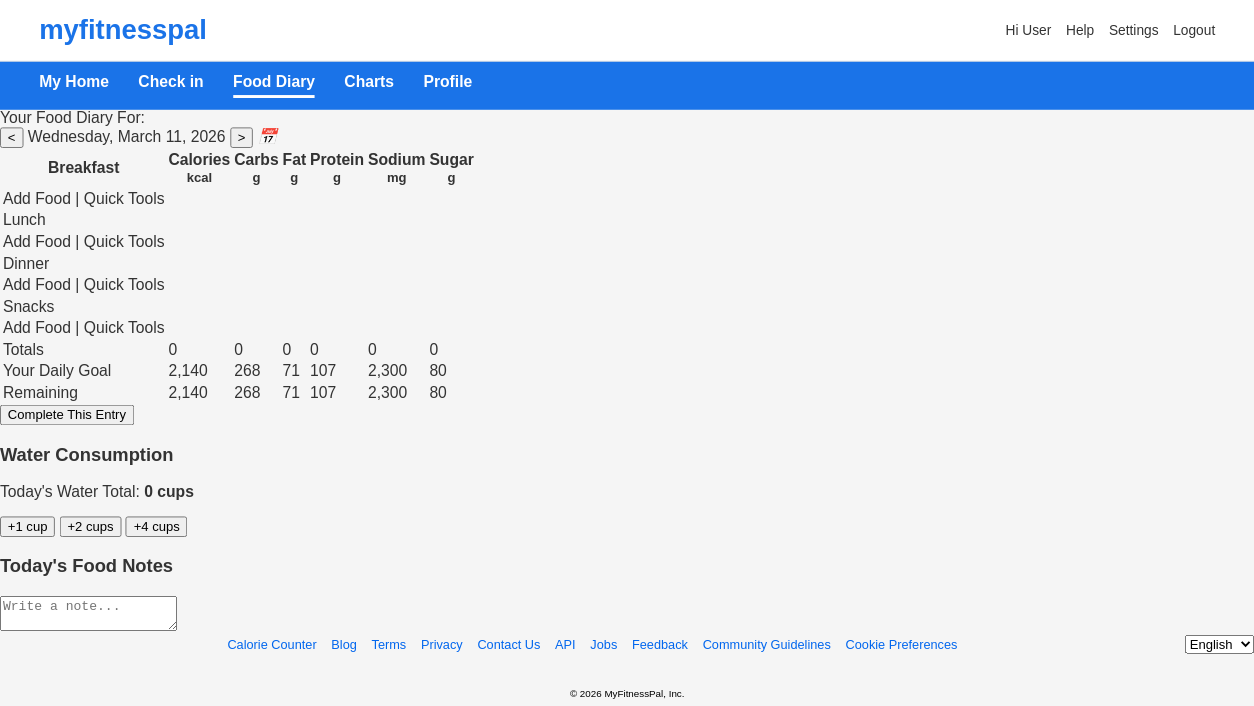
Repository: kem85/Web-Project
Page: Food-Diary.html
These files come from the project's save history. The page is drawn as it stood at one moment and after the next save; the edit follows.
The browser window is 1280 px wide. The pictures show the whole page, at 98% of full size.

Above is the page before, as saved 2026-03-11 15:07:16.

### Food-Diary.html
<!doctype html>
<html lang="en">
  <head>
    <meta charset="UTF-8" />
    <title>Fitness Tracker VY</title>

    <link rel="stylesheet" href="style.css" />
  </head>

  <body>
    <!-- HEADER -->

    <header class="header">
      <div class="logo">
        <h1><a href="index.html">myfitnesspal</a></h1>
      </div>

      <div class="user-section">
        <span>Hi <span id="username">User</span></span>

        <a href="#">Help</a>
        <a href="#">Settings</a>
        <a href="#">Logout</a>
      </div>
    </header>

    <!-- NAVBAR -->

    <nav class="navbar">
      <ul>
        <li><a href="index.html">My Home</a></li>
        <li><a href="Check-In.html">Check in</a></li>
        <li class="active"><a href="Food-Diary.html">Food Diary</a></li>
        <li>Charts</li>
        <li>Profile</li>
      </ul>
    </nav>

    <main class="diary-container">
      <header class="diary-header">
        <span>Your Food Diary For:</span>
        <div class="date-controls">
          <button>&lt;</button>
          <span class="current-date">Wednesday, March 11, 2026</span>
          <button>&gt;</button>
          <i class="calendar-icon">📅</i>
        </div>
      </header>

      <table class="dashboard">
        <thead>
          <tr>
            <th class="meal-col">Breakfast</th>
            <th>
              Calories <br />
              <small>kcal</small>
            </th>
            <th>
              Carbs <br />
              <small>g</small>
            </th>
            <th>
              Fat <br />
              <small>g</small>
            </th>
            <th>
              Protein <br />
              <small>g</small>
            </th>
            <th>
              Sodium <br />
              <small>mg</small>
            </th>
            <th>
              Sugar <br />
              <small>g</small>
            </th>
          </tr>
        </thead>

        <tbody>
          <tr class="action-row">
            <td><a href="#">Add Food</a> | <a href="#">Quick Tools</a></td>
            <td></td>
            <td></td>
            <td></td>
            <td></td>
            <td></td>
            <td></td>
          </tr>

          <tr class="section-header">
            <td colspan="7">Lunch</td>
          </tr>
          <tr class="action-row">
            <td><a href="#">Add Food</a> | <a href="#">Quick Tools</a></td>
            <td></td>
            <td></td>
            <td></td>
            <td></td>
            <td></td>
            <td></td>
          </tr>

          <tr class="section-header">
            <td colspan="7">Dinner</td>
          </tr>
          <tr class="action-row">
            <td><a href="#">Add Food</a> | <a href="#">Quick Tools</a></td>
            <td></td>
            <td></td>
            <td></td>
            <td></td>
            <td></td>
            <td></td>
          </tr>

          <tr class="section-header">
            <td colspan="7">Snacks</td>
          </tr>
          <tr class="action-row">
            <td><a href="#">Add Food</a> | <a href="#">Quick Tools</a></td>
            <td></td>
            <td></td>
            <td></td>
            <td></td>
            <td></td>
            <td></td>
          </tr>
        </tbody>

        <tfoot>
          <tr class="totals-row">
            <td class="label">Totals</td>
            <td>0</td>
            <td>0</td>
            <td>0</td>
            <td>0</td>
            <td>0</td>
            <td>0</td>
          </tr>
          <tr class="goal-row">
            <td class="label">Your Daily Goal</td>
            <td>2,140</td>
            <td>268</td>
            <td>71</td>
            <td>107</td>
            <td>2,300</td>
            <td>80</td>
          </tr>
          <tr class="remaining-row">
            <td class="label">Remaining</td>
            <td class="positive">2,140</td>
            <td class="positive">268</td>
            <td class="positive">71</td>
            <td class="positive">107</td>
            <td class="positive">2,300</td>
            <td class="positive">80</td>
          </tr>
        </tfoot>
      </table>

      <div class="complete-entry">
        <button class="btn-complete">Complete This Entry</button>
      </div>

      <section class="diary-widgets">
        <div class="water-consumption">
          <h3>Water Consumption</h3>
          <p>Today's Water Total: <strong>0 cups</strong></p>
          <div class="water-graphic"></div>
          <div class="quick-add">
            <button>+1 cup</button> <button>+2 cups</button>
            <button>+4 cups</button>
          </div>
        </div>

        <div class="food-notes">
          <h3>Today's Food Notes</h3>
          <textarea placeholder="Write a note..."></textarea>
        </div>
      </section>
    </main>

    <script src="script.js"></script>

    <footer class="main-footer">
      <div class="footer-container">
        <nav class="footer-links">
          <a href="#">Calorie Counter</a>
          <a href="#">Blog</a>
          <a href="#">Terms</a>
          <a href="#">Privacy</a>
          <a href="#">Contact Us</a>
          <a href="#">API</a>
          <a href="#">Jobs</a>
          <a href="#">Feedback</a>
          <a href="#">Community Guidelines</a>
          <a href="#">Cookie Preferences</a>
        </nav>

        <div class="footer-lang">
          <select>
            <option>English</option>
            <option>Español</option>
          </select>
        </div>
      </div>
      <div class="footer-copyright">© 2026 MyFitnessPal, Inc.</div>
    </footer>
  </body>
</html>

### style.css
/* =======================
   GENERAL STYLES
======================= */

body{
font-family: Arial, sans-serif;
margin:0;
background:#f5f5f5;
color:#333;
}

a{
text-decoration:none;
color:inherit;
}



/* =======================
   HEADER
======================= */

.header{
display:flex;
justify-content:space-between;
align-items:center;
padding:15px 40px;
background:white;
border-bottom:1px solid #ddd;
}

.logo h1{
color:#1a73e8;
margin:0;
font-size:28px;
}

.logo a{
text-decoration:none;
color:#1a73e8;
cursor:pointer;
}

.logo a:hover{
opacity:0.8;
}

.user-section{
display:flex;
align-items:center;
gap:15px;
font-size:14px;
}



/* =======================
   NAVBAR
======================= */

.navbar{
background:#1a73e8;
padding:12px 40px;
}

.navbar ul{
display:flex;
gap:30px;
list-style:none;
margin:0;
padding:0;
}

.navbar li{
color:white;
font-weight:bold;
cursor:pointer;
}

.navbar li:hover{
opacity:0.8;
}


/* navbar links */

.navbar a{
color:white;
text-decoration:none;
}

/* hover effect */

.navbar li:hover{
opacity:0.8;
cursor:pointer;
}

/* active page */

.navbar .active{
border-bottom:3px solid white;
padding-bottom:4px;
}


/* =======================
   PAGE TITLE
======================= */



.user-img{
width:50px;
height:50px;
border-radius:50%;
}




/*Footer*/
.main-footer {
    height:100%;
    width: 100%;
}
.footer-container {
    display: flex;
    align-items: center;
    width: 100%;
}

.footer-links {
    flex: 1;
    display: flex;
    flex-wrap: wrap;
    justify-content: center;
    gap: 15px;

}

.footer-links a {
    color: #0066ee;
    text-decoration: none;
    font-size: 13px;
}

.footer-links a:hover {
    opacity: 0.8;
}
.footer-copyright {
    text-align: center;
    color: black;
    font-size: 10px;
    margin-top: 35px;
}
.footer-lang {
    margin-left: auto;
}

Loaded but not shown: index/script.js (no copy from this time; the picture is the same without it)

After the next save:
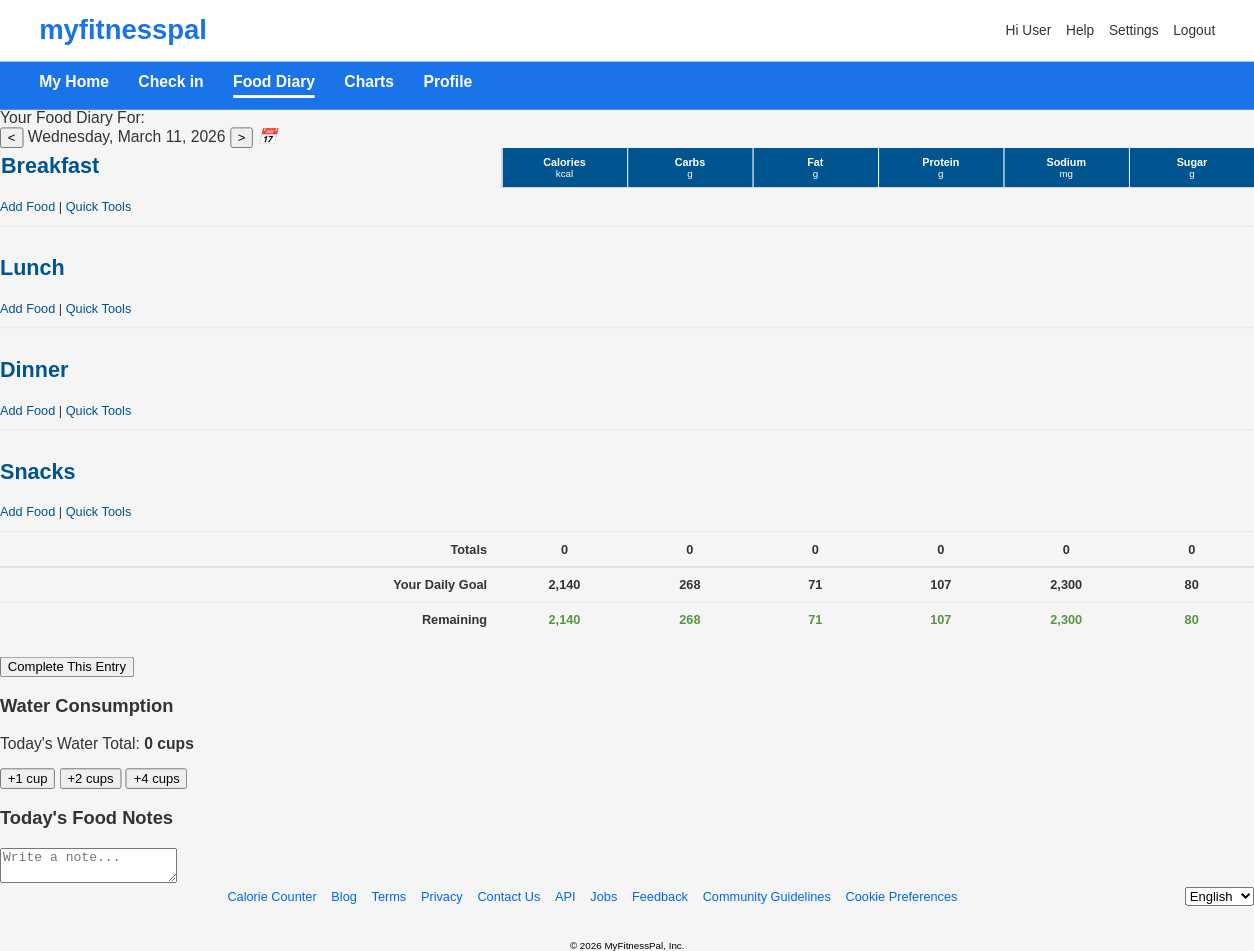
Saved 7 s later.
--- a/style.css
+++ b/style.css
@@ -116,7 +116,124 @@
 border-radius:50%;
 }
 
-
+/* =========================================
+   MAIN FOOD TABLE (.dashboard) - FIXED
+   ========================================= */
+.dashboard {
+  display: table !important; /* Forces table layout */
+  width: 100%;
+  border-collapse: collapse;
+  margin-bottom: 20px;
+}
+
+.dashboard thead { display: table-header-group !important; }
+.dashboard tbody { display: table-row-group !important; }
+.dashboard tfoot { display: table-footer-group !important; }
+.dashboard tr { display: table-row !important; }
+.dashboard th, .dashboard td { display: table-cell !important; }
+
+/* Enforce precise column widths */
+.dashboard th:first-child,
+.dashboard td:first-child {
+  width: 40%;       /* Makes the Meal column wide */
+  text-align: left;
+}
+
+.dashboard th:not(:first-child),
+.dashboard td:not(:first-child) {
+  width: 10%;       /* Distributes the 6 macro columns evenly */
+  text-align: center;
+}
+
+/* -----------------------------------------
+   Headers & Sections
+   ----------------------------------------- */
+/* Breakfast Header */
+.dashboard thead th.meal-col {
+  color: #00548f;
+  font-size: 22px;
+  font-weight: bold;
+  vertical-align: bottom;
+  padding-bottom: 8px;
+}
+
+/* Blue Macro Headers */
+.dashboard thead th:not(.meal-col) {
+  background-color: #00548f;
+  color: white;
+  font-size: 11px;
+  font-weight: bold;
+  padding: 8px 0;
+  border-left: 1px solid #fff; /* White line separation */
+  vertical-align: middle;
+}
+
+.dashboard thead th small {
+  font-weight: normal;
+  font-size: 10px;
+}
+
+/* Lunch, Dinner, Snacks Headers */
+.section-header td {
+  color: #00548f;
+  font-size: 22px;
+  font-weight: bold;
+  padding: 30px 0 8px 0;
+  border-bottom: none;
+}
+
+/* -----------------------------------------
+   Action Rows (Add Food | Quick Tools)
+   ----------------------------------------- */
+.action-row td {
+  padding: 12px 0;
+  border-bottom: 1px solid #eaeaea; /* Light gray line under each section */
+}
+
+.action-row td:first-child {
+  font-size: 13px;
+}
+
+.action-row a {
+  color: #00548f;
+  text-decoration: none;
+}
+
+.action-row a:hover {
+  text-decoration: underline;
+}
+
+/* -----------------------------------------
+   TABLE FOOTER (Totals & Goals)
+   ----------------------------------------- */
+.dashboard tfoot td {
+  padding: 10px 5px;
+  font-size: 13px;
+  font-weight: bold;
+}
+
+/* Right-align the labels (Totals, Your Daily Goal, Remaining) */
+.dashboard tfoot .label {
+  text-align: right;
+  padding-right: 15px;
+  color: #333;
+}
+
+/* Gray background for the Totals row */
+.totals-row td {
+  background-color: #f6f6f6;
+  border-top: 1px solid #ccc;
+  border-bottom: 1px solid #ccc;
+}
+
+.goal-row td {
+  border-bottom: 1px solid #eaeaea;
+}
+
+/* MFP Green text for Remaining values */
+.remaining-row .positive {
+  color: #589442;
+}
 
 
 /*Footer*/

After the save that followed:
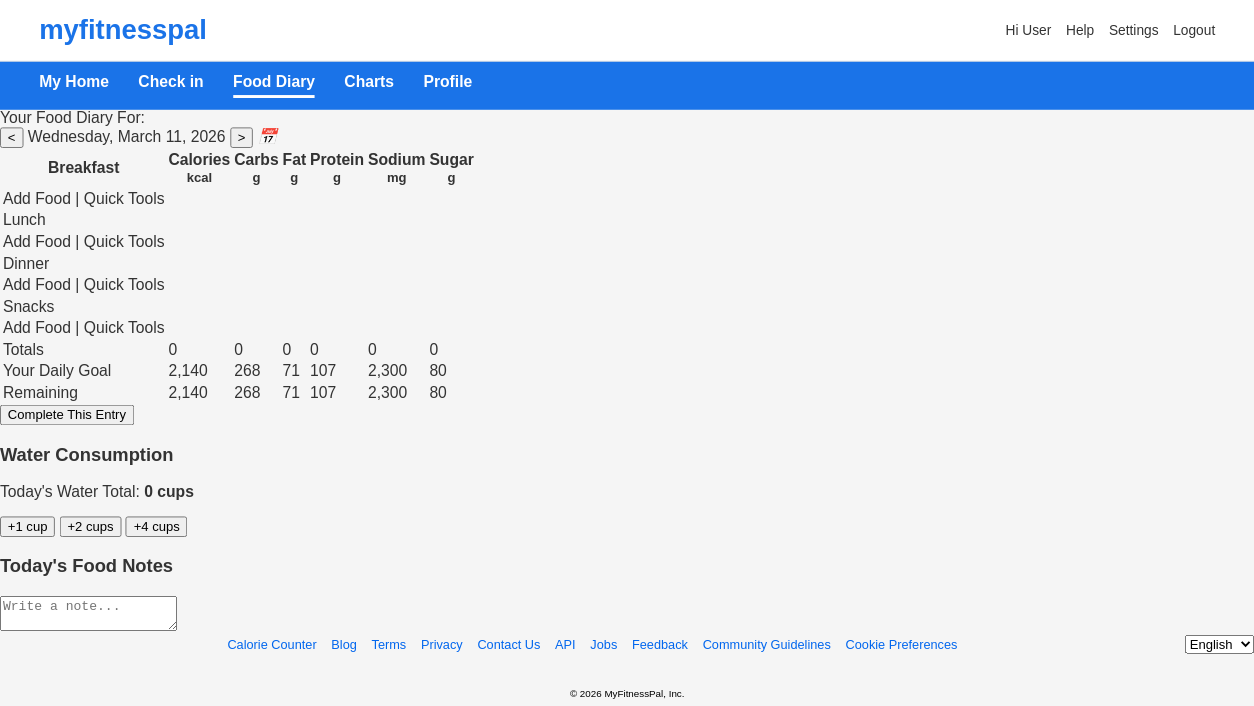
Saved 6 s later.
--- a/style.css
+++ b/style.css
@@ -116,124 +116,7 @@
 border-radius:50%;
 }
 
-/* =========================================
-   MAIN FOOD TABLE (.dashboard) - FIXED
-   ========================================= */
-.dashboard {
-  display: table !important; /* Forces table layout */
-  width: 100%;
-  border-collapse: collapse;
-  margin-bottom: 20px;
-}
 
-.dashboard thead { display: table-header-group !important; }
-.dashboard tbody { display: table-row-group !important; }
-.dashboard tfoot { display: table-footer-group !important; }
-.dashboard tr { display: table-row !important; }
-.dashboard th, .dashboard td { display: table-cell !important; }
-
-/* Enforce precise column widths */
-.dashboard th:first-child,
-.dashboard td:first-child {
-  width: 40%;       /* Makes the Meal column wide */
-  text-align: left;
-}
-
-.dashboard th:not(:first-child),
-.dashboard td:not(:first-child) {
-  width: 10%;       /* Distributes the 6 macro columns evenly */
-  text-align: center;
-}
-
-/* -----------------------------------------
-   Headers & Sections
-   ----------------------------------------- */
-/* Breakfast Header */
-.dashboard thead th.meal-col {
-  color: #00548f;
-  font-size: 22px;
-  font-weight: bold;
-  vertical-align: bottom;
-  padding-bottom: 8px;
-}
-
-/* Blue Macro Headers */
-.dashboard thead th:not(.meal-col) {
-  background-color: #00548f;
-  color: white;
-  font-size: 11px;
-  font-weight: bold;
-  padding: 8px 0;
-  border-left: 1px solid #fff; /* White line separation */
-  vertical-align: middle;
-}
-
-.dashboard thead th small {
-  font-weight: normal;
-  font-size: 10px;
-}
-
-/* Lunch, Dinner, Snacks Headers */
-.section-header td {
-  color: #00548f;
-  font-size: 22px;
-  font-weight: bold;
-  padding: 30px 0 8px 0;
-  border-bottom: none;
-}
-
-/* -----------------------------------------
-   Action Rows (Add Food | Quick Tools)
-   ----------------------------------------- */
-.action-row td {
-  padding: 12px 0;
-  border-bottom: 1px solid #eaeaea; /* Light gray line under each section */
-}
-
-.action-row td:first-child {
-  font-size: 13px;
-}
-
-.action-row a {
-  color: #00548f;
-  text-decoration: none;
-}
-
-.action-row a:hover {
-  text-decoration: underline;
-}
-
-/* -----------------------------------------
-   TABLE FOOTER (Totals & Goals)
-   ----------------------------------------- */
-.dashboard tfoot td {
-  padding: 10px 5px;
-  font-size: 13px;
-  font-weight: bold;
-}
-
-/* Right-align the labels (Totals, Your Daily Goal, Remaining) */
-.dashboard tfoot .label {
-  text-align: right;
-  padding-right: 15px;
-  color: #333;
-}
-
-/* Gray background for the Totals row */
-.totals-row td {
-  background-color: #f6f6f6;
-  border-top: 1px solid #ccc;
-  border-bottom: 1px solid #ccc;
-}
-
-.goal-row td {
-  border-bottom: 1px solid #eaeaea;
-}
-
-/* MFP Green text for Remaining values */
-.remaining-row .positive {
-  color: #589442;
-}
 
 
 /*Footer*/
